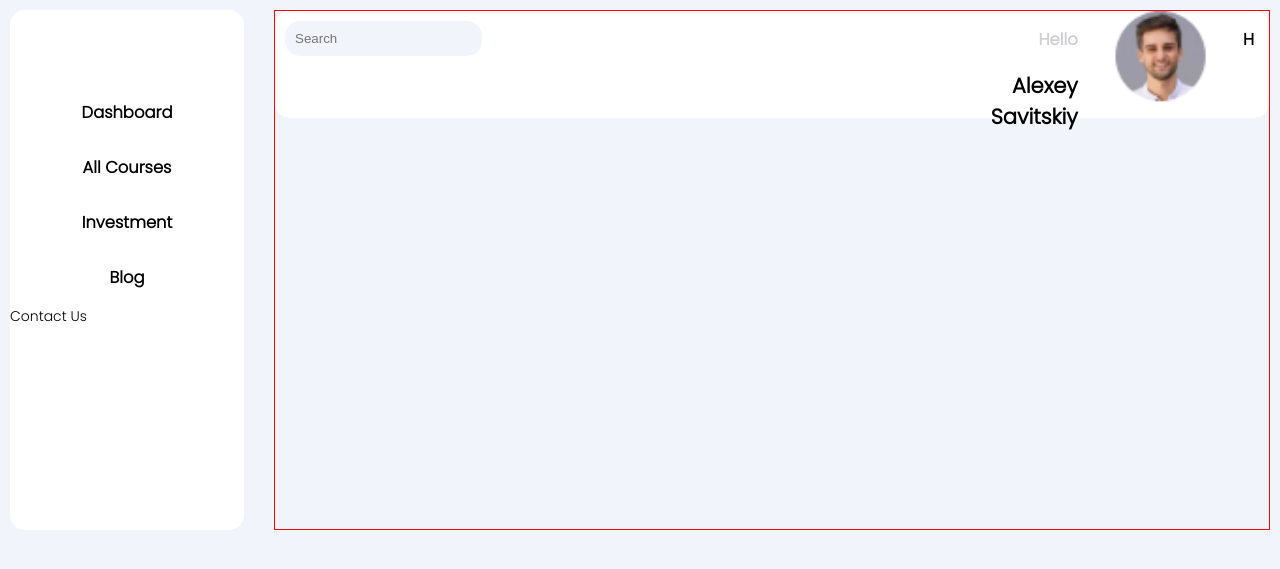
Repository: Anuruddha00/dashboard-design
Page: /
These files come from the project's save history. The page is drawn as it stood at one moment and after a run of saves; the edit follows.
The browser window is 1280 px wide. The pictures show the whole page.
The project was rebuilt for these pictures with package versions that can differ from the ones it lists, and the page was loaded fresh each time.

Above is the page before, as saved 2021-05-07 00:32:20.

After the next 2 saves:
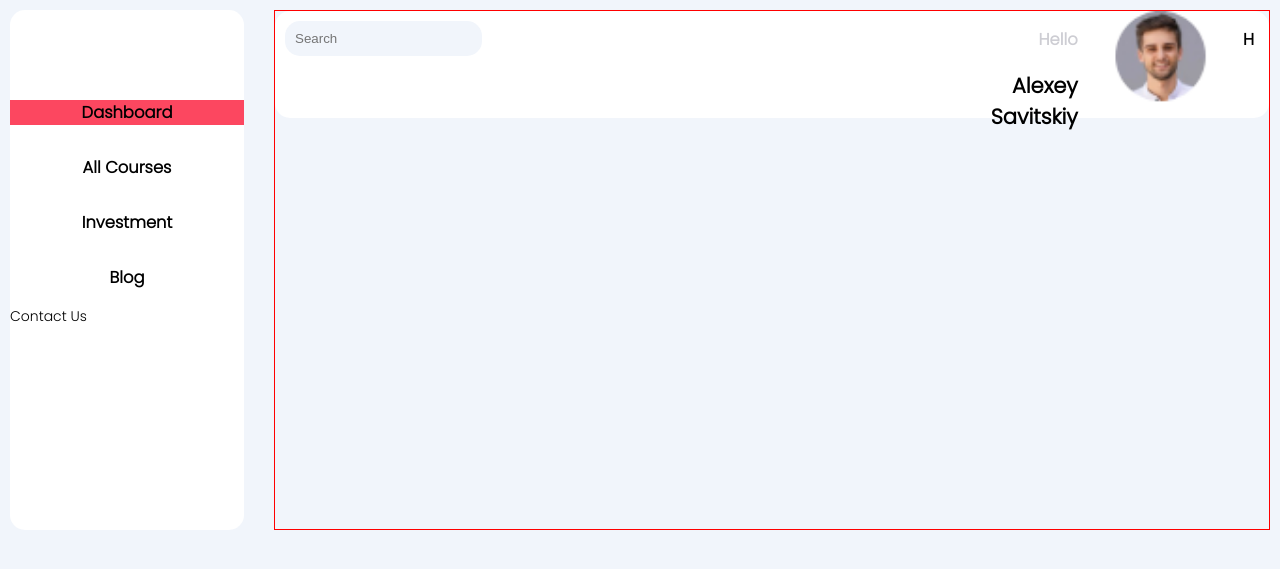
The 2 saves are shown as one change because 1 did not build or start.
The last was saved 2 min 38 s later.
--- a/src/containers/Dashboard/Dashboard.js
+++ b/src/containers/Dashboard/Dashboard.js
@@ -8,7 +8,7 @@ const dashboard = () =>{
             <div className='dashboard'>
                 <div className='dashboardSideBar'>
                    <div className='dashboardSideBarTitle'>
-                        <h3>Dashboard</h3>
+                        <h3 className='dashboardSideBarTitleDashboard'>Dashboard</h3>
                         <h3>All Courses</h3>
                         <h3>Investment</h3>
                         <h3>Blog</h3>
--- a/src/containers/Dashboard/Dashboard.scss
+++ b/src/containers/Dashboard/Dashboard.scss
@@ -27,6 +27,10 @@ body{
             &Title{
                 margin-top: 90px;
 
+                &Dashboard{
+                    background:#fc4760 ;
+
+                }
                 h3{
                     text-align: center;
                     margin-top: 30px;
